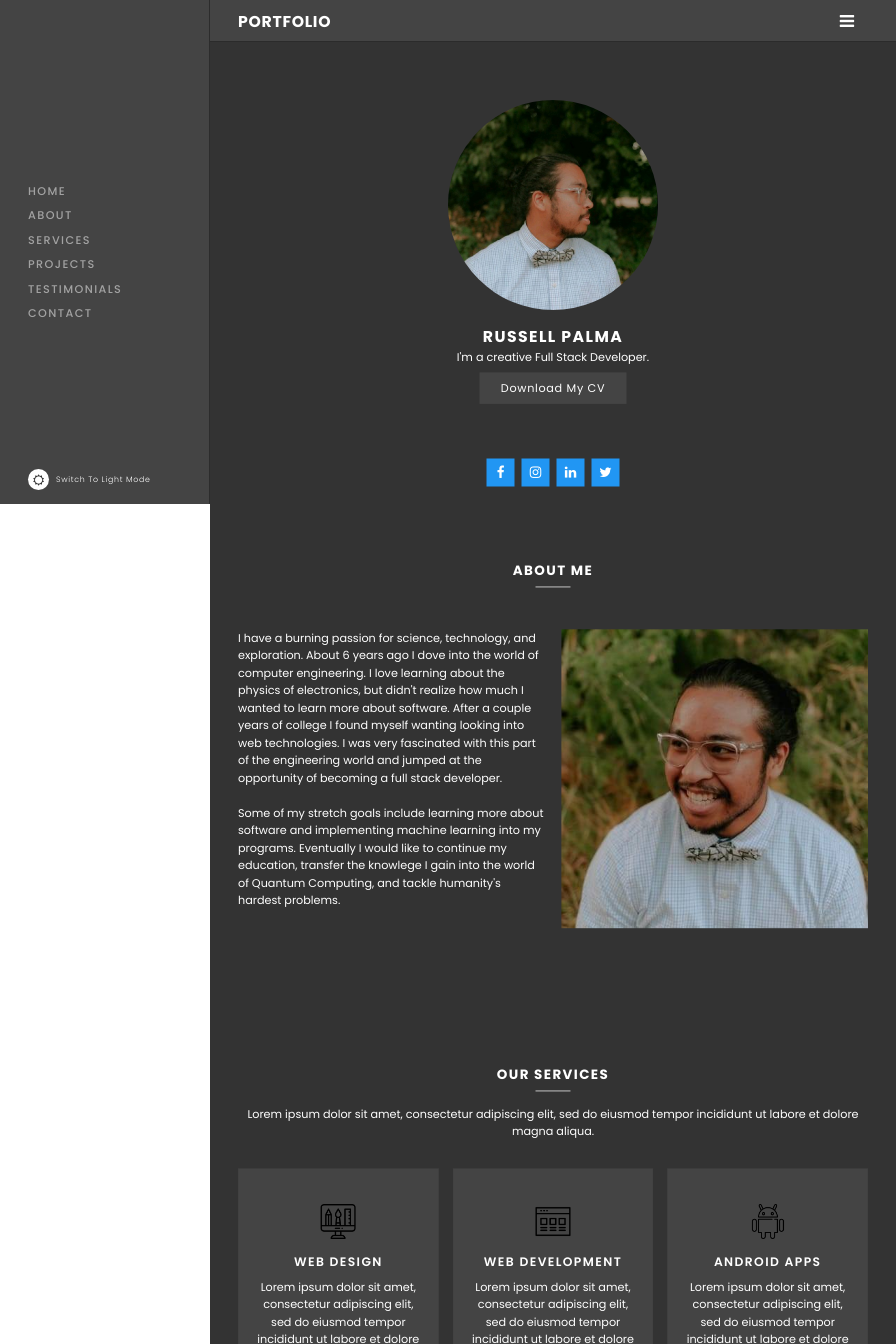
Repository: RussPalms/portforlio-1
Page: index.html
The author's editor kept a copy of each file at every save. The page is drawn from the files as they stood at one save, then again after the next save.
The browser window is 1280 px wide. The pictures show the part of the page from y = 0 to 1920 px (the page is 5693 px tall), at 70% of full size.
Empty fields were first filled with sample values (such as "Sample", 5 or name@example.com).
After loading, the first visible `div.themeSwitch` was clicked once.

Above is the page before, as saved 2021-11-28 15:58:26.

After the next save:
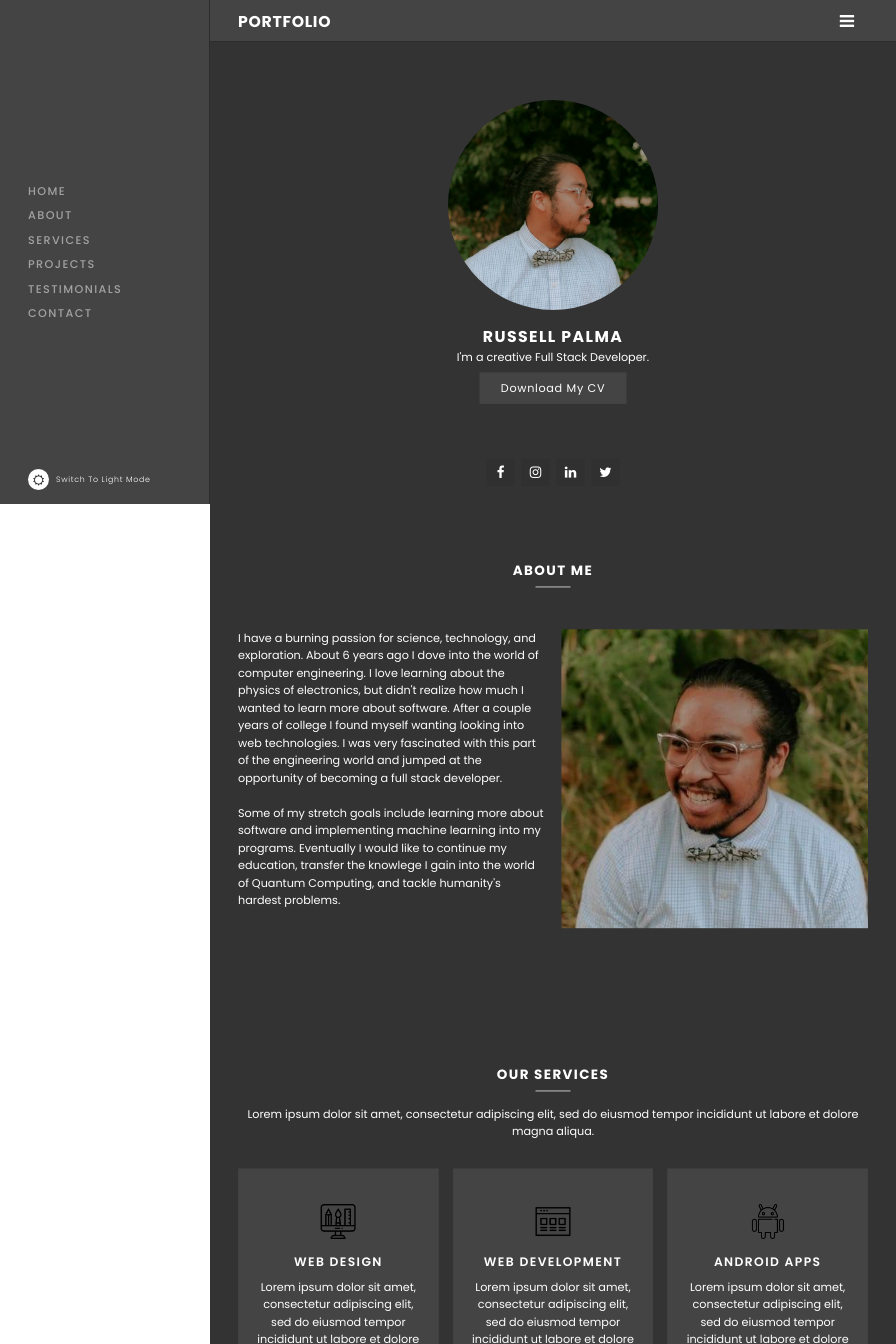
Saved 10 s later.
--- a/style.css
+++ b/style.css
@@ -238,7 +238,7 @@ p {
 	font-size: 1.2em;
 }
 
-.dark .socialMedia li a {
+.dark .socialMedia li a:hover {
 	background: #2196f3;
 }
 
